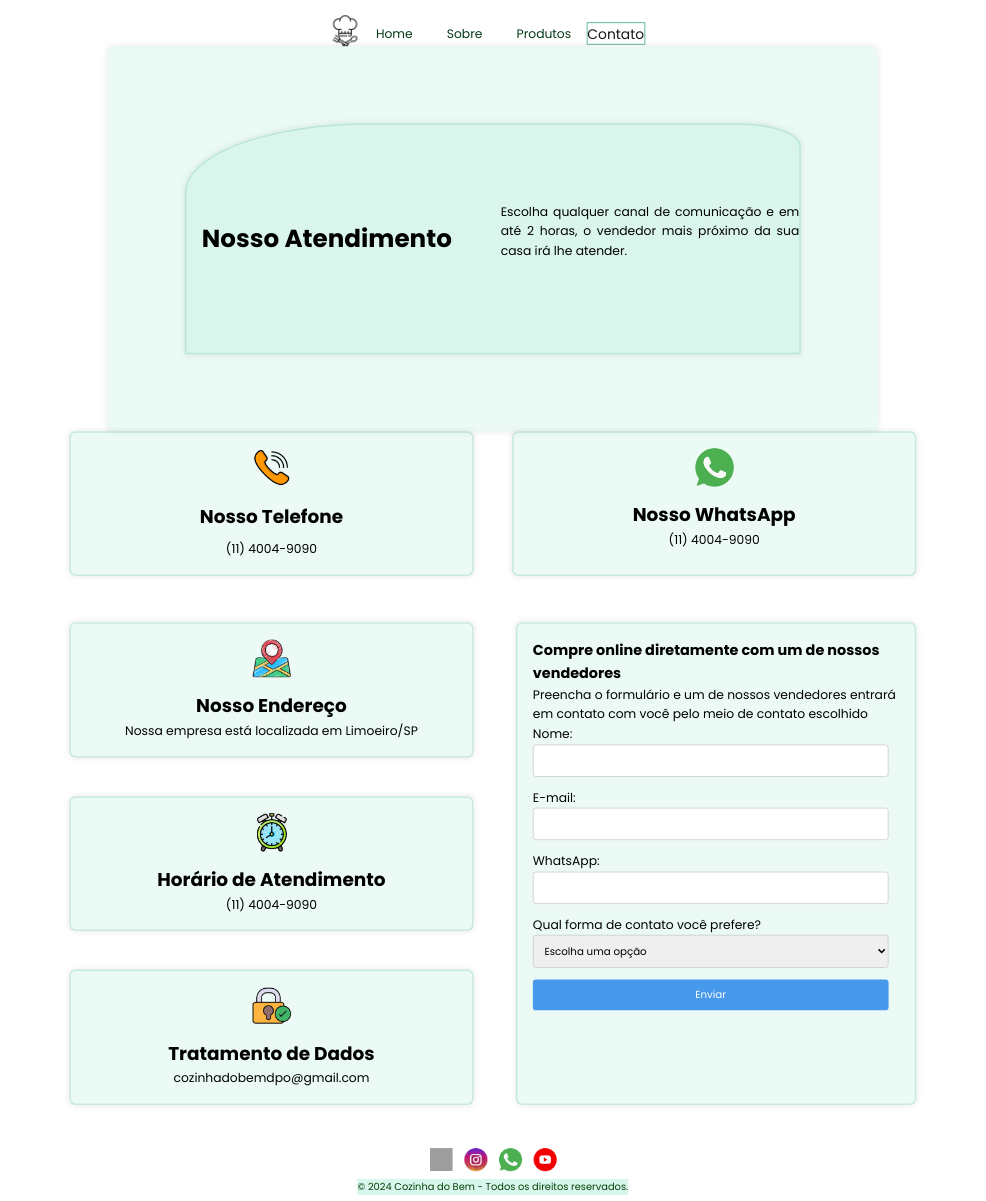
Repository: Thalia-Nataly/Cozinha-do-Bem-Proz
Page: contato.html
An editor plug-in stored every save of this project. The page is shown before and after a run of saves, followed by the edit.
The browser window is 1280 px wide. The pictures show the whole page, at 77% of full size.
Pictures or frames that could not be fetched are drawn as grey boxes.

Above is the page before, as saved 2024-08-25 19:21:49.

After the next 3 saves:
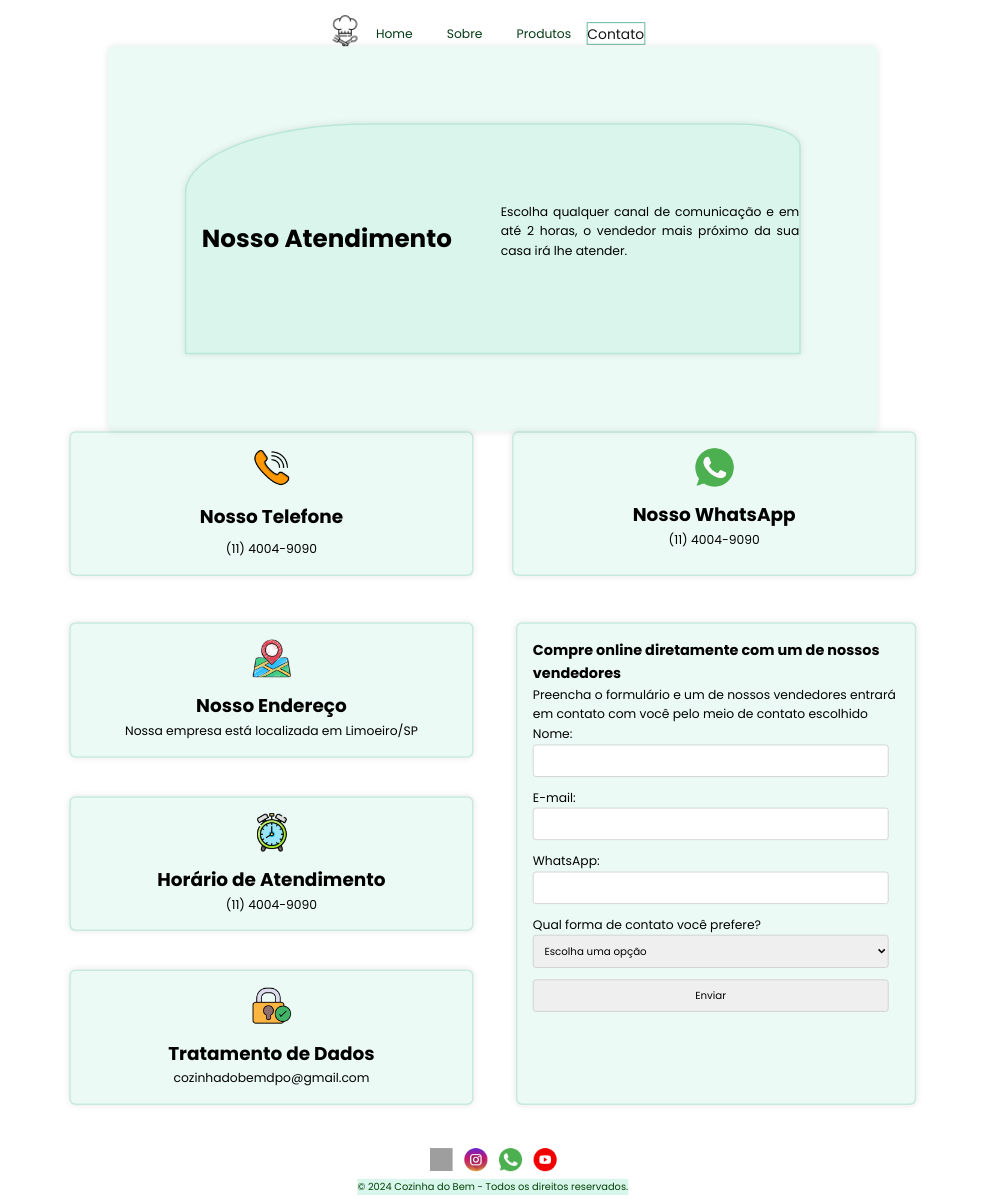
The 3 saves are shown as one change because they came seconds apart.
The last was saved 3 min 43 s later.
--- a/contato.html
+++ b/contato.html
@@ -110,7 +110,7 @@
                             <option value="whatsapp">Mensagem no WhatsApp</option>
                         </select>
 
-                        <button type="submit"class="enviar" onclick="Enviar();" value="Enviar">Enviar</button>
+                        <input type="submit" value="Enviar" onclick="Enviar()">
 
                     </form>
                 </div>
